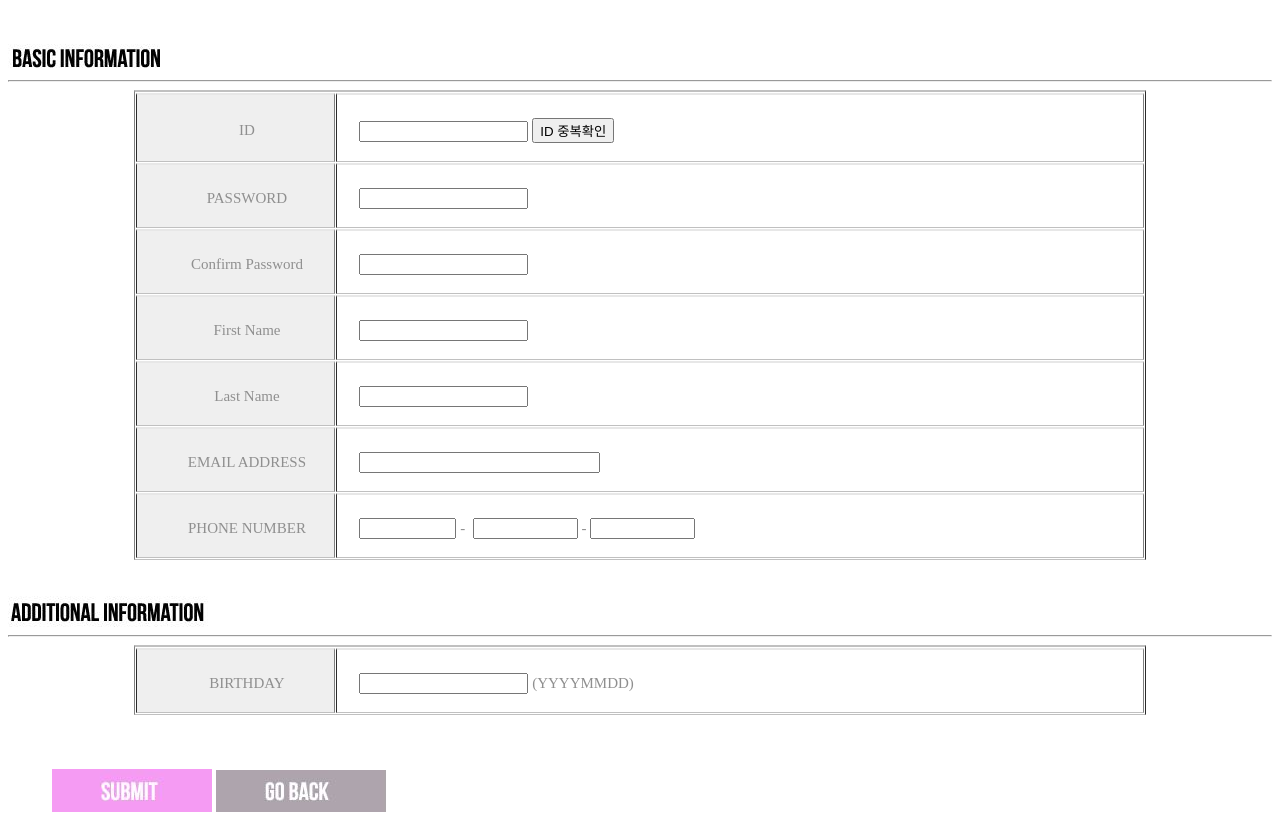
Repository: kminjoo/Making-website-using-JSP
Page: http://localhost/website_project/Register.jsp
The author's editor kept a copy of each file at every save. The page is drawn from the files as they stood at one save, then again after the next save.
The browser window is 1280 px wide. The pictures show the whole page.
The page is served by Tomcat 9.

Above is the page before, as saved 2015-07-21 14:31:32.

After the next save:
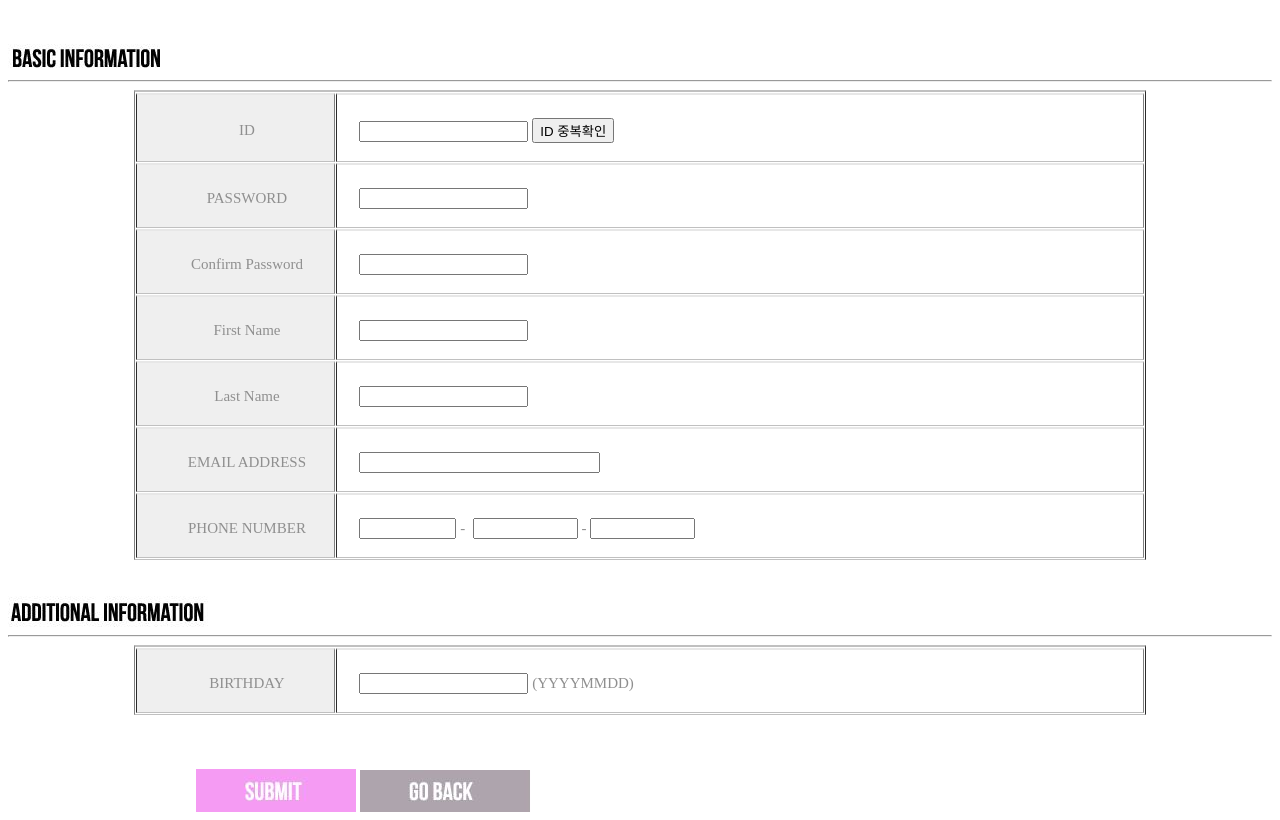
Saved 12 s later.
--- a/website_project/WebContent/Register.jsp
+++ b/website_project/WebContent/Register.jsp
@@ -60,7 +60,10 @@
 <br>
 <br>
 &nbsp;&nbsp;&nbsp;&nbsp;&nbsp;&nbsp;&nbsp;&nbsp;&nbsp;&nbsp;&nbsp;
-<div>&nbsp;&nbsp;&nbsp;&nbsp;&nbsp;&nbsp;&nbsp;&nbsp;&nbsp;&nbsp;&nbsp;<img src="<%=request.getContextPath() %>/images/submit.JPG"/>
+<div>&nbsp;&nbsp;&nbsp;&nbsp;&nbsp;&nbsp;&nbsp;&nbsp;&nbsp;&nbsp;&nbsp;
+&nbsp;&nbsp;&nbsp;&nbsp;&nbsp;&nbsp;&nbsp;&nbsp;&nbsp;&nbsp;&nbsp;
+&nbsp;&nbsp;&nbsp;&nbsp;&nbsp;&nbsp;&nbsp;&nbsp;&nbsp;&nbsp;&nbsp;
+&nbsp;&nbsp;&nbsp;&nbsp;&nbsp;&nbsp;&nbsp;&nbsp;&nbsp;&nbsp;&nbsp;<img src="<%=request.getContextPath() %>/images/submit.JPG"/>
 <img src="<%=request.getContextPath() %>/images/goback.JPG"/></div>
 </body>
 </html>
